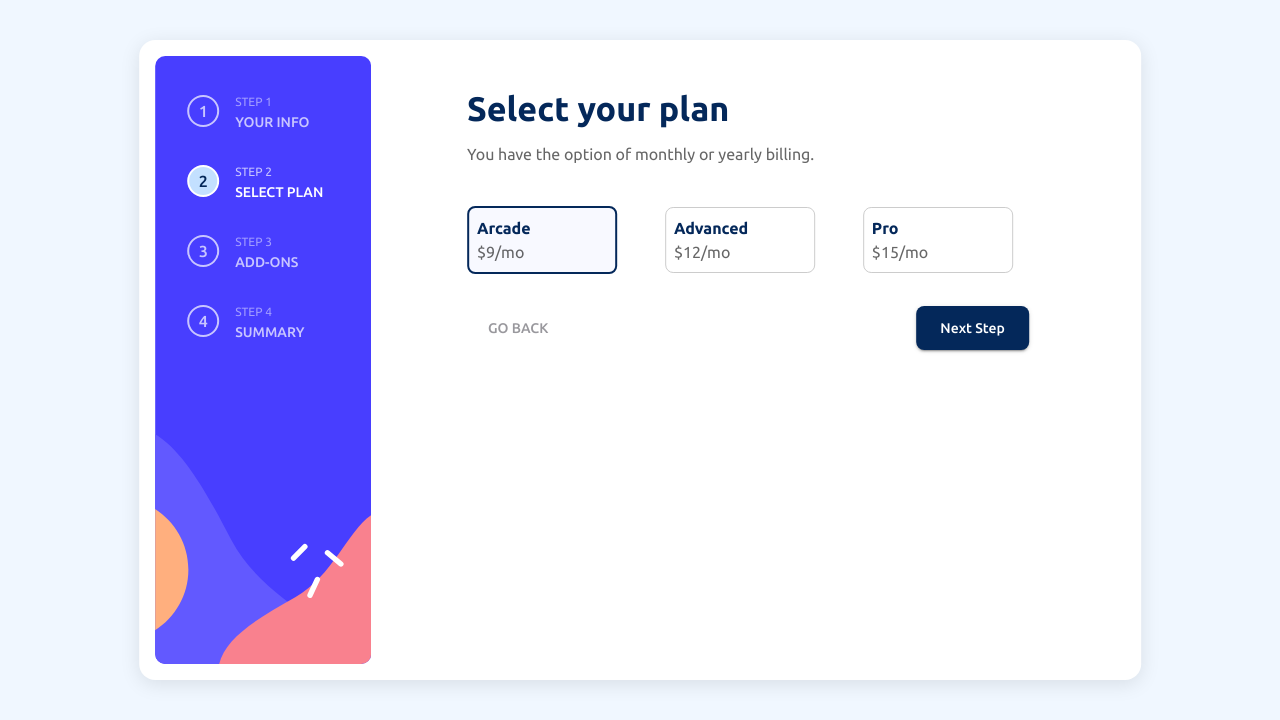
Repository: ozerrrs/chalange7days
Page: / (app in 7dayschalange/7dayschallange/), after clicking the first element matching `button.MuiButtonBase-root`
An editor plug-in stored every save of this project. The page is shown before and after the next save, followed by the edit.
The browser window is 1280 px wide. The pictures show the whole page.
The project was rebuilt for these pictures with package versions that can differ from the ones it lists, and the page was loaded fresh each time. Also part of the build but not shown: 7dayschalange/7dayschallange/vite.config.js.

Above is the page before, as saved 2025-03-05 15:33:13.

After the next save:
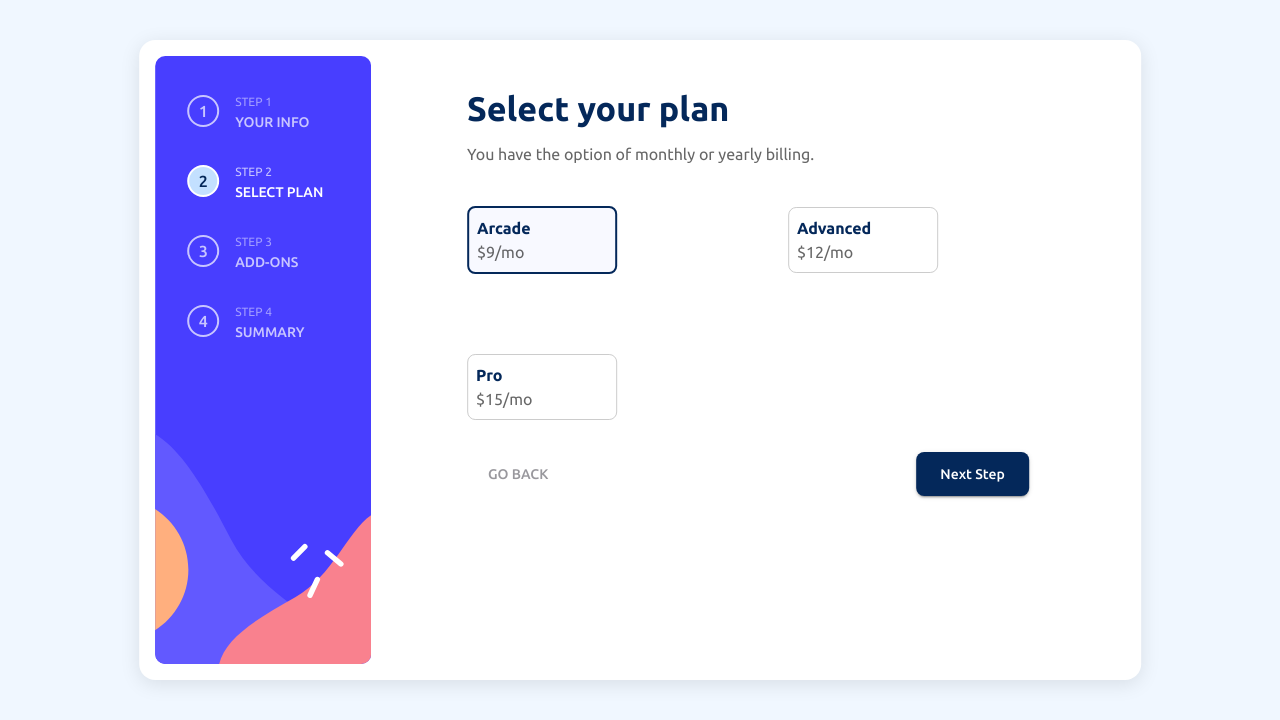
Saved 8 s later.
--- a/7dayschalange/7dayschallange/src/pages/firstPage.jsx
+++ b/7dayschalange/7dayschallange/src/pages/firstPage.jsx
@@ -231,7 +231,7 @@ function MultiStepForm() {
                 name="plan"
                 value={formData.plan}
                 onChange={handlePlanChange}
-                sx={{ display: "flex", flexDirection: "row", gap: 4 }}
+                sx={{ display: "flex", flexDirection: "row", gap: 10 }}
               >
                 <FormControlLabel
                   value="arcade"
